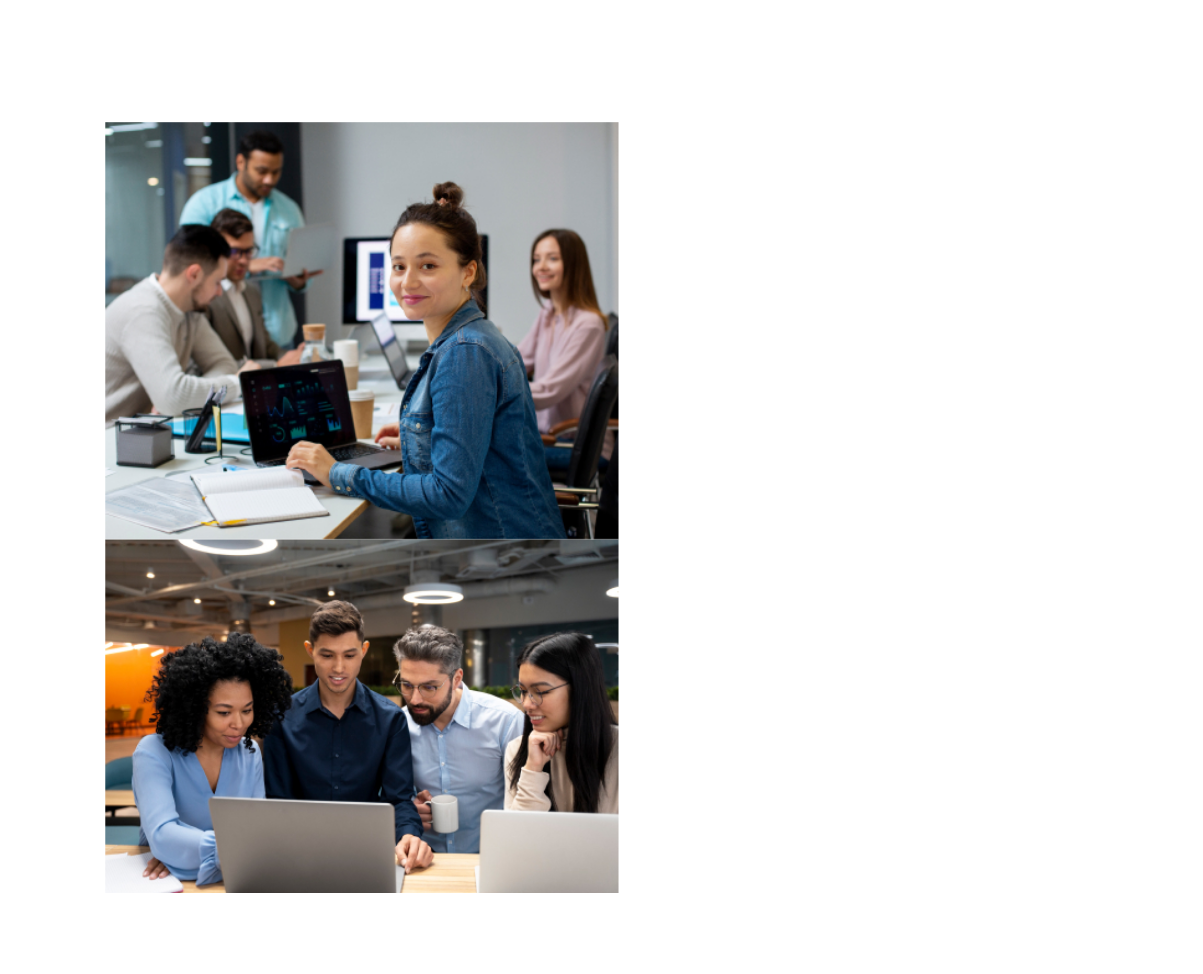
Repository: tagnam/mirehel2.0
Page: about.html
An editor plug-in stored every save of this project. The page is shown before and after a run of saves, followed by the edit.
The browser window is 1280 px wide. The pictures show the whole page, at 94% of full size.

Above is the page before, as saved 2025-02-03 11:50:30.

### about.html
<!DOCTYPE html>
<html lang="en">
<head>
    <meta charset="UTF-8">
    <meta name="viewport" content="width=device-width, initial-scale=1.0">
    <title>about</title>
    <link href="https://cdn.jsdelivr.net/npm/bootstrap@5.0.2/dist/css/bootstrap.min.css" rel="stylesheet" integrity="sha384-EVSTQN3/azprG1Anm3QDgpJLIm9Nao0Yz1ztcQTwFspd3yD65VohhpuuCOmLASjC" crossorigin="anonymous">
    <link rel="stylesheet" href="style/css/animation.css">
    <link rel="stylesheet" href="style/css/style.css">
    <link rel="stylesheet" href="style/css/animation.css">
</head>
<body>
<!--======================================== about section ==================================== -->


<section>
    <div class="container">
        <div class="row">
            <div class="col-lg-6">
                <div class="about-left">
                    <figure class="about-img-container">
                        <img class="about-img" src="images/about-img-1.jpg" alt="">
                        <img class="about-img" src="images/about-img-2.jpg" alt="">
                    </figure>
                </div>
            </div>
            <div class="col-lg-6"></div>
        </div>
    </div>
</section>

<!--======================================== end about section ==================================== -->












    <script src="https://cdn.jsdelivr.net/npm/bootstrap@5.0.2/dist/js/bootstrap.bundle.min.js" integrity="sha384-MrcW6ZMFYlzcLA8Nl+NtUVF0sA7MsXsP1UyJoMp4YLEuNSfAP+JcXn/tWtIaxVXM" crossorigin="anonymous"></script>
    <script src="https://cdn.jsdelivr.net/npm/@popperjs/core@2.9.2/dist/umd/popper.min.js" integrity="sha384-IQsoLXl5PILFhosVNubq5LC7Qb9DXgDA9i+tQ8Zj3iwWAwPtgFTxbJ8NT4GN1R8p" crossorigin="anonymous"></script>
    <script src="https://cdn.jsdelivr.net/npm/bootstrap@5.0.2/dist/js/bootstrap.min.js" integrity="sha384-cVKIPhGWiC2Al4u+LWgxfKTRIcfu0JTxR+EQDz/bgldoEyl4H0zUF0QKbrJ0EcQF" crossorigin="anonymous"></script>
</body>
</html>

### style/css/style.css

@import url('https://fonts.googleapis.com/css2?family=Hind:wght@300;400;500;600;700&family=Inter:ital,opsz,wght@0,14..32,100..900;1,14..32,100..900&family=Open+Sans:ital,wght@0,300..800;1,300..800&family=Oswald:wght@200..700&family=Poppins:ital,wght@0,100;0,200;0,300;0,400;0,500;0,600;0,700;0,800;0,900;1,100;1,200;1,300;1,400;1,500;1,600;1,700;1,800;1,900&family=Raleway:ital,wght@0,100..900;1,100..900&family=Roboto:ital,wght@0,100;0,300;0,400;0,500;0,700;0,900;1,100;1,300;1,400;1,500;1,700;1,900&family=Urbanist:ital,wght@0,100..900;1,100..900&display=swap');
@import url("https://cdn.jsdelivr.net/npm/bootstrap-icons@1.11.3/font/bootstrap-icons.min.css");
*{
    margin: 0;
    padding: 0;
    box-sizing: border-box;
}

:root{
    --primary-color: #252A4E;
    --secondary-color: #a249ed;

}

body{
    font-family: "Hind", serif;

    color:#252A4E;
}

section{
    padding: 100px 0;
}

.row-container{
    margin-top: 50px;
}
.banner-section{
    background-image: url(/images/banner-bg.webp);
    background-size: cover;
    background-position: center;
    /* background-attachment: fixed; */
    /* height: 100vh; */
    position: relative;
    margin: 15px;
    padding: 8px;
}
.section-btn{
    height: 100%;
    display: flex
;
    justify-content: flex-end;
    align-items: flex-end;
}

.title{
    font-size: 55px;
    font-weight: 800;
    line-height: 1;
}

.banner-img{
    position: relative;
    bottom: -89px;
}
.banner-content{
    margin-top: 100px;
    padding-right: 100px;
}

.banner-title{
    font-size: 70px;
    font-weight: 800;
    line-height: 1;
}

.banner-text{
    font-size: 20px;
    font-weight: 400;
    line-height: 1.5;
    margin-top: 20px;
    color:#515670;
}

.banner-title span{
    color: var(--secondary-color);
}
.sub-heading{
    position: relative;
    display: inline-block;
    font-size: 16px;
    letter-spacing: 0.32px;
    line-height: 26px;
    font-weight: 400;
    font-family: var(--galada);
    text-transform: uppercase;
    background: linear-gradient(90deg, #FFA835 -3.85%, #FA3DCC 97.3%, #FA3AD0 100%);
    background-clip: text;
    -webkit-background-clip: text;
    -webkit-text-fill-color: transparent;

    margin-bottom: 12px;
}




.banner-icon{
    width: 100%;
    background: linear-gradient(90deg, #9255CE -2.17%, #BE60FF 100%);
    box-shadow: 0px 0px 20px 0px rgba(0, 0, 0, 0.08);
    border-radius: 30px 45px 30px 30px;
    position: relative;
    padding: 20px;
    top: 28px;
    right: -13px;
}

.banner-icon h2{
    font-size: 45px;
    font-weight: 800;
    /* line-height: 1.5; */
    color: #fff;
    /* margin-bottom: 20px; */
    text-align: start;
    margin: unset;
    line-height: 38px;
    padding: 10px;
}

.banner-icon h4{
    font-size: 27px;
    font-weight: 600;
    line-height: 1.5;
    color: #fff;
    /* margin-top: 20px; */
    text-align: start;
    text-transform: uppercase;
}


.marquee-content{
    background: linear-gradient(90deg, #70DBFF 0%, #DD98FF 100%);
    border-radius: 0 0 35px 30px;
    overflow: hidden;
    padding: 23px 45px;
    width: 100%;
    position: absolute;
    left: 9px;
    bottom: -12px;
    display: flex;
    justify-content: space-between;
    align-items: center;
}


/* <!--===================================== about section end ========================================--> */
.about-right-container{
    padding-left: 50px;
}
.about-text p{
    font-size: 18px;
    line-height: 1.5;
    color: #515670;
    margin-top: 20px;
}

.about-img{
    position: relative;
    transform: translate(30px, 30px);
    width: 100%;
}

.about-figure{
    position: relative;
  background-color: aqua;
  padding: 20px;
}


.about-list{

    list-style: none;
    padding: unset;
}

.about-list li{
    display: flex;
    align-items: center;
    margin-bottom: 20px;
    justify-content: space-between;
}

.about-icon{

    display: flex;
    justify-content: center;
    align-items: center;
    background-color:var(--secondary-color);
    width: 78px;
    height: 84px;
    background: linear-gradient(90deg, #5A1CCB -2.17%, #815EDC 100%);
    border-radius: 50px 6px 6px 6px;
}

.about-icon .bi{
    font-size: 45px;
    color: #fff;
    display: flex;
    justify-content: center;
    align-items: center;
}


.about-list-title{
    font-size: 27px;
    line-height: 1.16;
    margin-bottom: 4px;
    font-weight: 600;
}

.about-list-text p{
    font-size: 16px;
    line-height: 1.5;
    color: #515670;
    margin: unset;
}
/* <!--===================================== about section end ========================================--> */




/* <!--===================================== service section start ========================================--> */

.service-index {
    width: 100%;
    display: flex;
    justify-content: center;
    align-items: center;
}

.service-index h2{
    position: relative;
    display: inline-block;

    letter-spacing: 0.32px;
margin: unset;
    font-weight: 600;
    font-family: var(--galada);
    text-transform: uppercase;
    background: linear-gradient(90deg, #FFA835 -3.85%, #FA3DCC 97.3%, #FA3AD0 100%);
    background-clip: text;
    -webkit-background-clip: text;
    -webkit-text-fill-color: transparent;

}

.service-title h3{
    font-size: 40px;
    font-weight: 800;
    line-height: 1;
    color: #252A4E;
    margin-bottom: 20px;
}

.service-row{
    border-bottom: 2px solid red;
    margin-bottom: 30px;
}

.service-icon{
    display: flex;
    justify-content: center;
}

.service-icon .bi{
    font-size: 45px;
    color:red;
    display: flex;
    justify-content: center;
    align-items: center;
}
/* <!--===================================== service section end ========================================--> */




/* <!--===================================== project section start========================================--> */




/* <!--===================================== project section start========================================--> */





/* <!--===================================== testimonial section start========================================--> */


.testimonial-card{
    background: linear-gradient(90deg, #70DBFF 0%, #DD98FF 100%);
    padding: 0px 20px;
    border-radius: 20px;
}


.testimonial-img{
    height: 58px;
    width: 58px;
    background: red;
    border-radius: 64%;
    border: 2px solid;
}

.testimonial-top{
    padding-bottom: 20px;
    border-bottom: 1px solid #fff;

}


.testimonial-bottom h2{
    font-size: 65px;
    font-weight: 600;
    line-height: 1.5;
    color: #fff;
    margin-top: 20px;
    text-align: start;
    text-transform: uppercase;
}

.testimonial-bottom p{
    font-size: 20px;
    line-height: 1.5;
    color: #fff;
    margin: unset;
}

  .testimonial .testimonial-content {
    margin: 10px 10px 0;
    /* background: #efefef; */
    padding: 0px 60px;
    position: relative;
    border: none;
    border-radius: 8px;
    font-style: italic;
    font-size: 25px;
    border: 2px solid;
    border-radius: 20px;
  }

  .testimonial .testimonial-content:before,
  .testimonial .testimonial-content:after {
    content: "\201C";
    position: absolute;
    font-size: 80px;
    line-height: 1;
    color: #757f9a;
    font-style: normal;
  }

  .testimonial .testimonial-content:before {
    top: 0;
    left: 10px;
  }

  .testimonial .testimonial-content:after {
    content: "\201D";
    right: 10px;
    bottom: -0.5em;
  }

.testimonial-start{
    display: flex    ;
        justify-content: left;
        align-items: center;
        margin: 20px 0px;
}

.testimonial-start .bi{
    margin: 0px 5px;
    font-size: 20px;
}
/* <!--===================================== testimonial section start========================================--> */

/* <!--===================================== project section start========================================--> */
.project-img{
    height: 550px;
}

.project-card .project-img {
    transition: 1ms ease-in-out;
}

.project-card:hover .project-img{
    transform: scaleX(1) scaleY(1) scaleZ(0.1) rotateX(15deg) rotateY(0deg) rotateZ(0deg) translateX(0px) translateY(0px) translateZ(0px) skewX(0deg) skewY(0deg);
}

.project-content{
    margin-top: -100px;
    z-index: 1;
}
/* <!--===================================== project section end========================================--> */



/* <!--===================================== choice section start========================================--> */

.choice-container{
    position: relative;
    padding: 10px;
    background-color: transparent;
height: 400px;
border: 15px solid transparent;
  /* border-image:linear-gradient(180deg, red 0%, #00000000 90.04%); */
  /* border-image:linear-gradient(180deg, #00000000  0%, red 90.04%); */
  border-image-slice: 1;
border-radius: 20px;
background: linear-gradient(white, white) padding-box,
linear-gradient(180deg, red 0%, #00000000 90.04%) border-box;
}

/* <!--===================================== choice section end========================================--> */


















/* ----------------------------new about  */

.about-img-container{
    position: relative;
}

.about-img{

}

Loaded but not shown: style/css/animation.css (no stored copy; drawn as an empty file)

After the next 2 saves:
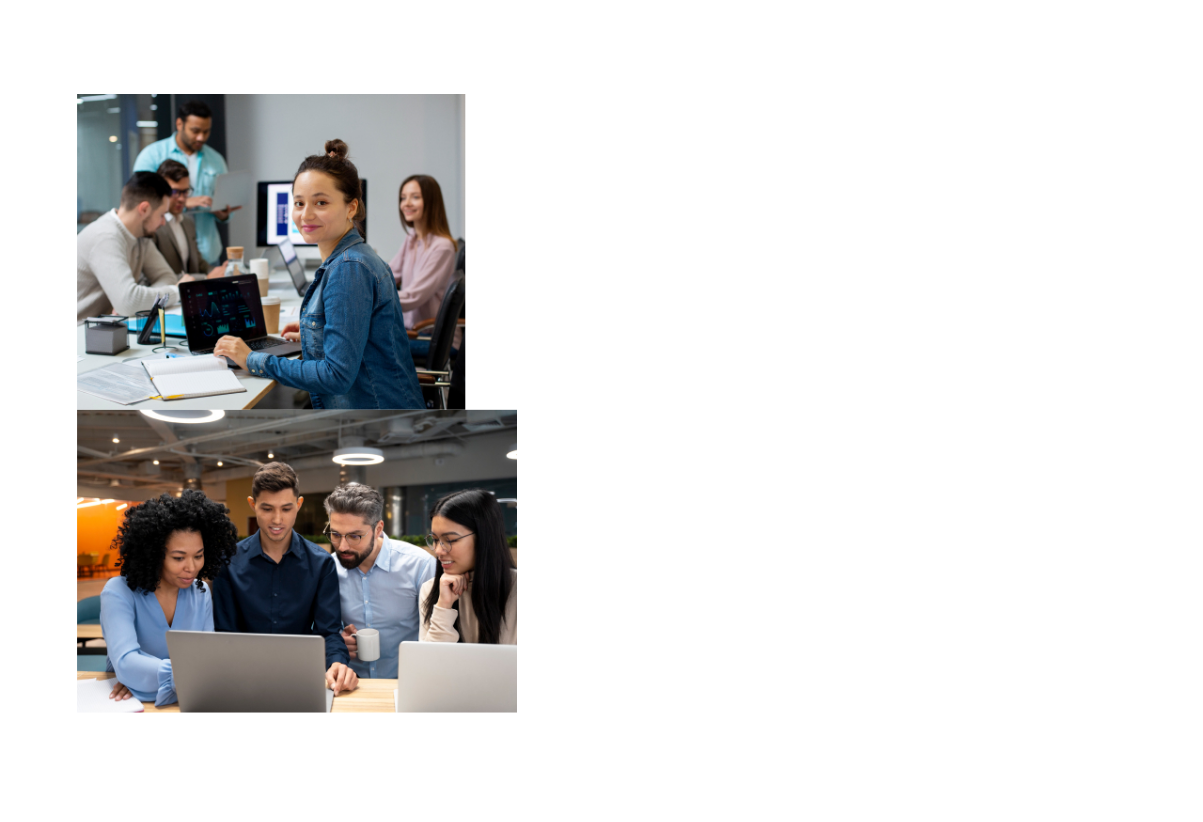
The 2 saves are shown as one change because they came seconds apart.
The last was saved 7 s later.
--- a/about.html
+++ b/about.html
@@ -19,8 +19,8 @@
             <div class="col-lg-6">
                 <div class="about-left">
                     <figure class="about-img-container">
-                        <img class="about-img" src="images/about-img-1.jpg" alt="">
-                        <img class="about-img" src="images/about-img-2.jpg" alt="">
+                        <img class="about-img-001" src="images/about-img-1.jpg" alt="">
+                        <img class="about-img-001" src="images/about-img-2.jpg" alt="">
                     </figure>
                 </div>
             </div>
